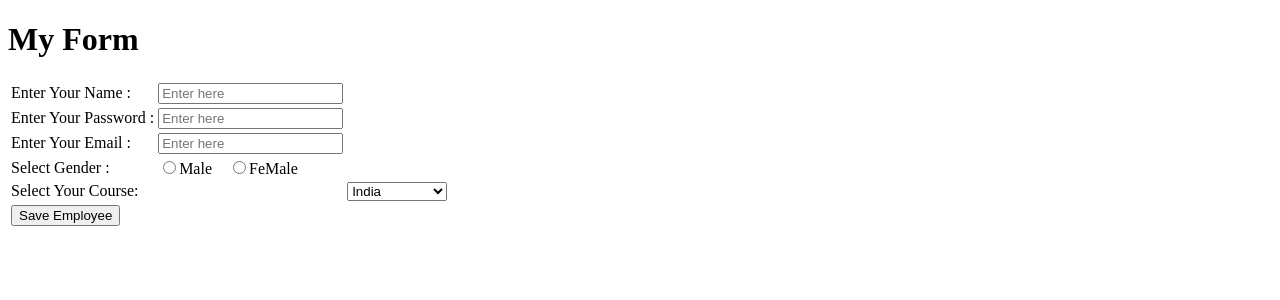
Repository: Kamleshmaury/CoreJava
Page: RegistrationForm/src/main/webapp/index.html
The author's editor kept a copy of each file at every save. The page is drawn from the files as they stood at one save, then again after the next save.
The browser window is 1280 px wide. The pictures show the whole page.

Above is the page before, as saved 2022-10-18 08:53:16.

### RegistrationForm/src/main/webapp/index.html
<!DOCTYPE html>
<html>
<head>
<meta charset="UTF-8">
<title>Registration Form</title>
</head>
<body>
	<div class="container">
		<h1>My Form</h1>
		<form action="RegistrationServlet" method="post">
			<table>
				<tr>
					<td>Enter Your Name : </td>
					<td> <input type ="text" name="name" placeholder="Enter here"></td>
				</tr>
				<tr>
					<td>Enter Your Password : </td>
					<td> <input type ="password" name="password" placeholder="Enter here"></td>
				</tr>
				<tr>
					<td>Enter Your Email : </td>
					<td> <input type ="email" name="email" placeholder="Enter here"></td>
				</tr>
				<tr>
					<td>Select Gender : </td>
					<td><input type="radio" name="gender" value="male">Male &nbsp; &nbsp;<input type="radio" name="gender" value="female">FeMale </td>
				</tr>

				<tr><td>Select Your Course:</td><td>
					<td><select name="course" style="width:100px">
						<option>India</option>
						<option>USA</option>
						<option>China</option>
						<option>Other</option>
						</td>
					</select>
			</td></tr>
			<tr><td colspan="2"><input type="submit" value="Save Employee"/></td></tr>
			</table>

		</form>
	</div>
</body>
</html>

After the next save:
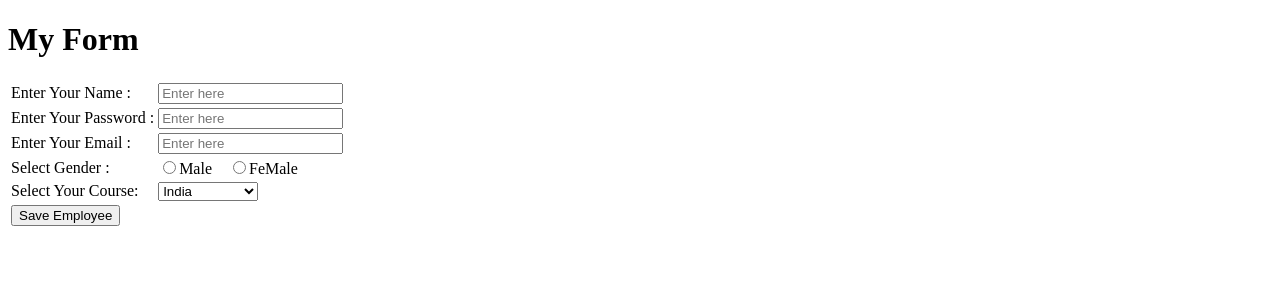
Saved 29 s later.
--- a/RegistrationForm/src/main/webapp/index.html
+++ b/RegistrationForm/src/main/webapp/index.html
@@ -26,7 +26,7 @@
 					<td><input type="radio" name="gender" value="male">Male &nbsp; &nbsp;<input type="radio" name="gender" value="female">FeMale </td>
 				</tr>
 
-				<tr><td>Select Your Course:</td><td>
+				<tr><td>Select Your Course:</td>
 					<td><select name="course" style="width:100px">
 						<option>India</option>
 						<option>USA</option>
@@ -34,7 +34,7 @@
 						<option>Other</option>
 						</td>
 					</select>
-			</td></tr>
+				</td></tr>
 			<tr><td colspan="2"><input type="submit" value="Save Employee"/></td></tr>
 			</table>
 
